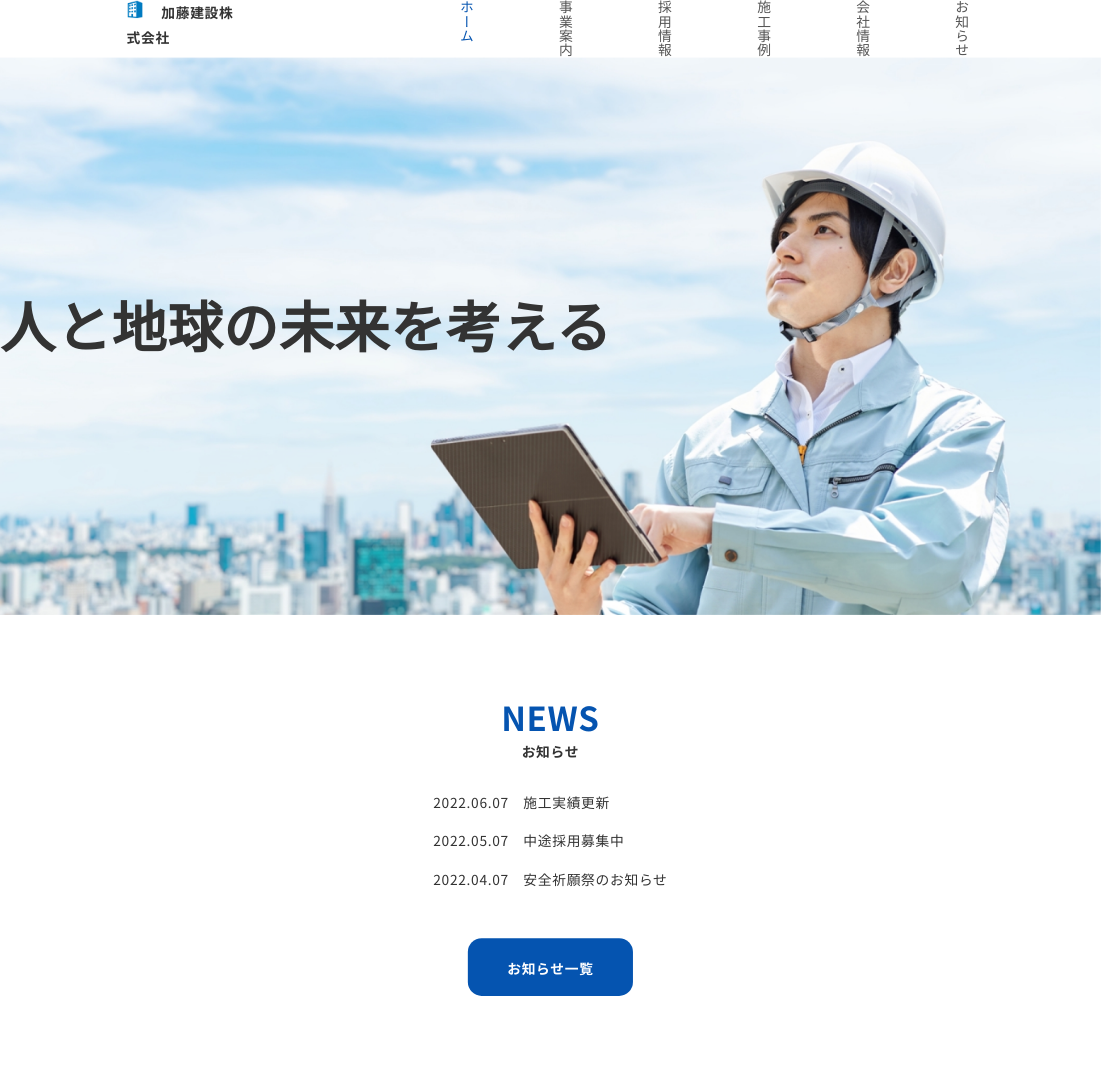
Repository: nozomi-23/hp1_test
Page: index.html
An editor plug-in stored every save of this project. The page is shown before and after the next save, followed by the edit.
The browser window is 1280 px wide. The pictures show the whole page, at 86% of full size.

Above is the page before, as saved 2022-06-12 11:18:55.

After the next save:
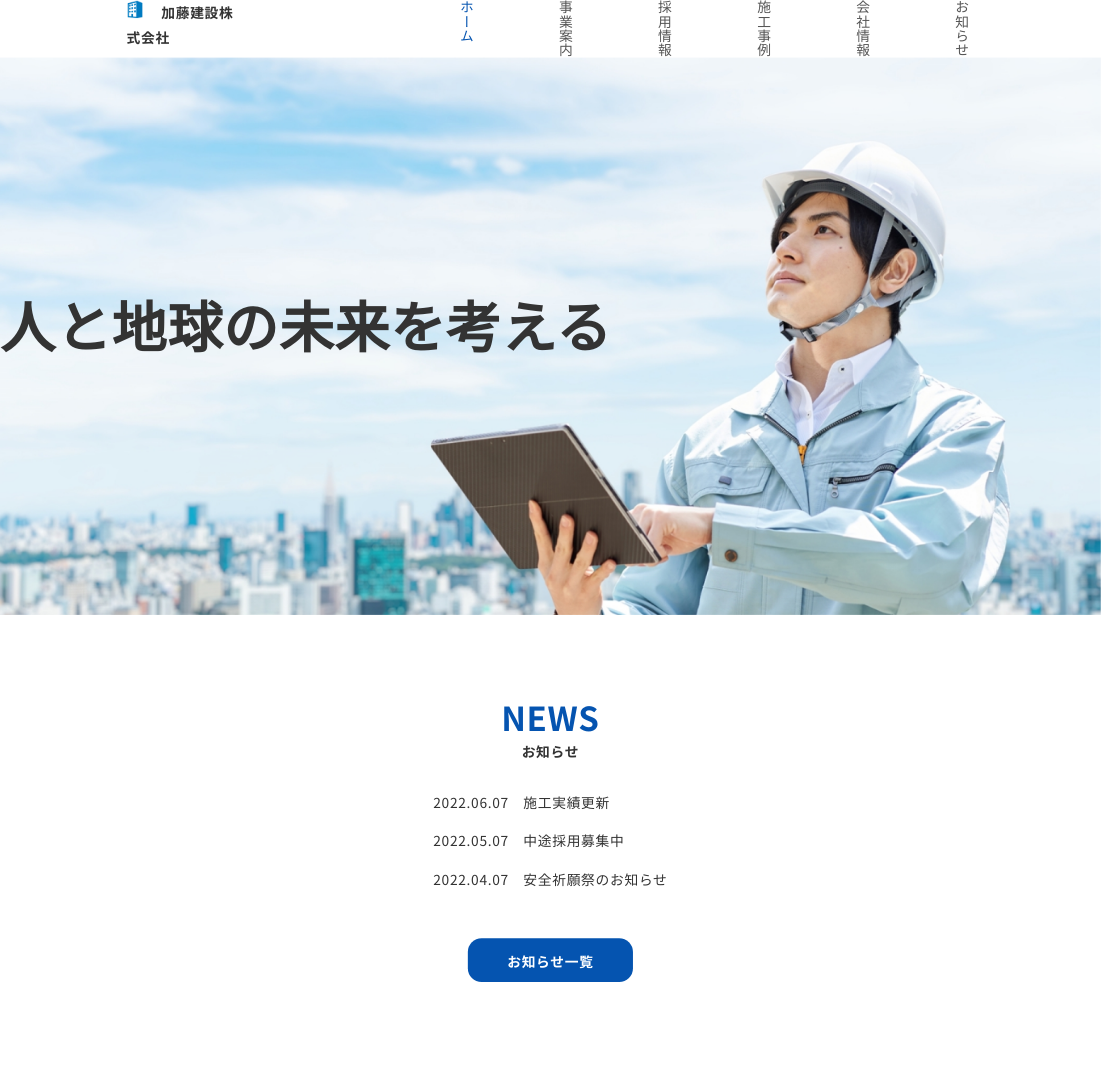
Saved 14 s later.
--- a/css/common1.css
+++ b/css/common1.css
@@ -35,7 +35,7 @@ a {
   background-color: #0554B0;
   width: 15%;
   margin: 0 auto;
-  line-height: 3;
+  line-height: 2;
   border-radius: 1rem;
 }
 .btn a {
